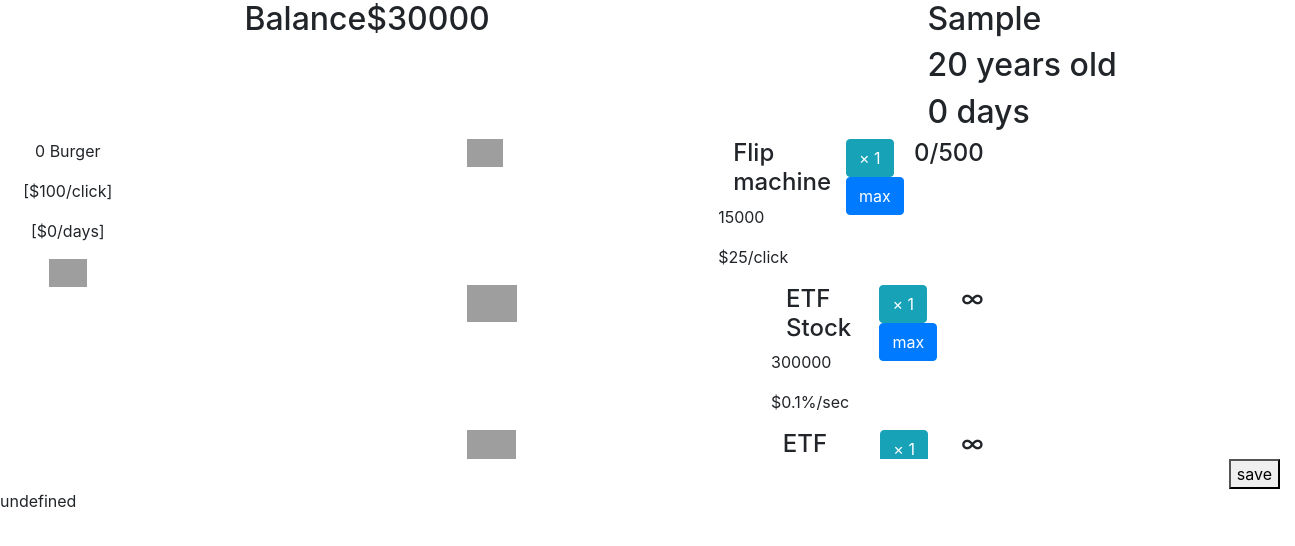
Repository: yu-yaba/Clicker-empire-game
Page: index.html
An editor plug-in stored every save of this project. The page is shown before and after the next save, followed by the edit.
The browser window is 1280 px wide. The page is 1295 px wide, then 1280 px, then 1295 px, so the pictures cover 1295 px, including what lies to the right of the window. The pictures show the whole page.
Empty fields were first filled with sample values (such as "Sample", 5 or name@example.com).
After loading, the first visible `button.btn` was clicked once.
Pictures or frames that could not be fetched are drawn as grey boxes.

Above is the page before, as saved 2023-01-23 20:11:27.

### index.html
<!DOCTYPE html>
<html lang="ja">
<head>
    <meta charset="UTF-8">
    <meta name="viewport" content="width=device-width, initial-scale=1.0">
    <link rel="stylesheet" href="stylesheet.css">
    <link rel="stylesheet" href="https://stackpath.bootstrapcdn.com/bootstrap/4.5.0/css/bootstrap.min.css" integrity="sha384-9aIt2nRpC12Uk9gS9baDl411NQApFmC26EwAOH8WgZl5MYYxFfc+NcPb1dKGj7Sk" crossorigin="anonymous">
    <title>Clicker Empire Game</title>
</head>
<body>
<div id="initial-form" class="">
    <div class="vh-100 bg-dark d-flex justify-content-center align-items-center">
        <div class="col-12 col-md-6 text-center">
            <div class="bg-white p-4">
                <h2>Clicker Empire Game</h2>
                <form onsubmit=" event.preventDefault();">
                    <div class="form-group">
                        <input type="text" name="name" class="form-controll col-11 my-3 text-center" placeholder="Your name" id="userName" required="required">
                    </div>
                    <div class="d-flex justify-content-around">
                        <button type="submit" class="btn btn-primary col-5" onclick="registerAccount()">New</button>
                        <button type="submit" class="btn btn-primary col-5" onclick="loginAccount()">Login</button>
                    </div>
                </form>
            </div>
        </div>
    </div>
</div>

<div id="main-page" class="d-none">
    <div class="vh-100 bg-dark justify-content-center align-items-center">
        <div class="col-12 col-md-11 justify-content-center container">
            <div class=>
                <div id="balance-info" class="col-12 col-md-7"></div>
                <div id="user-info" class="col-12 col-md-5 d-flex justify-content-center"></div>
            </div>
            <div class=>
                <div id="hamburger-info" class="col-12 col-md-4"></div>
                <div id="item-info" class="col-12 col-md-8"></div>
            </div>
            <div id="data-info" class="d-flex justify-content-end"></div>
        </div>
    </div>
</div>
<script type="text/javascript" src="text.js"></script>
</body>
</html>

### stylesheet.css
.img-fluid {
    max-width: 40%;
    height: auto;
}

.available {
    color: rgb(19, 203, 19);
}

.no-available {
    color: red;
}

### text.js
const config = {
    initialForm : document.getElementById("initial-form"),
    mainPage : document.getElementById("main-page"),
    balanceInfo : document.getElementById("balance-info"),
    hamburgerInfo : document.getElementById("hamburger-info"),
    userInfo : document.getElementById("user-info"),
    itemInfo : document.getElementById("item-info"),
    dataInfo : document.getElementById("data-info"),
    userName : document.getElementById("userName"),
};

function displayBlock (ele) {
    ele.classList.remove("d-none");
    ele.classList.add("d-block");
}

function displayNone (ele) {
    ele.classList.remove("d-block");
    ele.classList.add("d-none");
}
class UserAccount {
    constructor(name, age, days, money, profitPerClick, profitPerSeconds, belongings, hamburger){
        this.name = name;
        this.age = age;
        this.days = days;
        this.money = money;
        this.profitPerClick = profitPerClick;
        this.profitPerSeconds = profitPerSeconds;
        this.belongings = belongings;
        this.hamburger = hamburger;
    }

    increaseHamburgerPerClick () {
        return this.hamburger ++;
    }

    addClickProfit () {
        return this.money += this.profitPerClick;
    }

    addSecondsProfit () {
        return this.money += this.profitPerSeconds;
    }

    reduceBalance (price) {
        return this.money -= price;
    }

    increaseDay () {
        return this.days ++;
    }

    growOld () {
        return this.age ++;
    }

    addProfit (profit, type) {
        if (type == "ability") return this.profitPerClick += profit;
        else return this.profitPerSeconds += profit;
    }


};

class Item {
    constructor(name, price, purchaseLimit, purchaseQuantity, profit, type, imgUrl){
        this.name = name;
        this.price = price;
        this.purchaseLimit = purchaseLimit;
        this.purchaseQuantity = purchaseQuantity;
        this.profit = profit;
        this.type = type;
        this.imgUrl = imgUrl;
    }

    increasePurchaseQuantity (quantity) {
        this.purchaseQuantity += quantity;
    }

    increaseAssets (quantity) {
        if (this.name == "ETF Stock") {
            this.profit = (this.price * (this.purchaseQuantity + quantity)) * 0.001;
            this.price *= 1.1;
        } else if (this.name == "ETF Bonds") {
            this.profit = (this.price * (this.purchaseQuantity + quantity)) * 0.0007;
        }
        return quantity * this.profit;
    }
};

const itemList = [
    new Item("Flip machine", 15000, 500, 0, 25, "ability", "https://cdn-icons-png.flaticon.com/512/823/823215.png"),
    new Item("ETF Stock", 300000, Infinity, 0, 0.1, "investment", "https://cdn-icons-png.flaticon.com/512/4222/4222019.png"),
    new Item("ETF Bonds", 300000, Infinity, 0, 0.07, "investment", "https://cdn-icons-png.flaticon.com/512/2601/2601439.png"),
    new Item("Lemonade Stand", 30000, 1000, 0, 30, "realEstate", "https://cdn-icons-png.flaticon.com/512/941/941769.png"),
    new Item("Ice Cream Truck", 100000, 500, 0, 120, "realEstate", "https://cdn-icons-png.flaticon.com/512/3181/3181382.png"),
    new Item("House", 20000000, 100, 0, 32000, "realEstate", "https://cdn-icons-png.flaticon.com/512/619/619153.png"),
    new Item("TownHouse", 40000000, 100, 0, 64000, "realEstate", "https://cdn-icons-png.flaticon.com/512/2590/2590620.png"),
    new Item("Mansion", 250000000, 20, 0, 500000, "realEstate", "https://cdn-icons-png.flaticon.com/512/492/492058.png"),
    new Item("Industrial", 1000000000, 10, 0, 2200000, "realEstate", "https://cdn-icons-png.flaticon.com/512/1258/1258543.png"),
    new Item("Hotel Skyscraper", 10000000000, 5, 0, 25000000, "realEstate", "https://cdn-icons-png.flaticon.com/512/683/683255.png"),
    new Item("Bullet-Speed Sky Railway", 10000000000000, 1, 0, 30000000000, "realEstate", "https://cdn-icons-png.flaticon.com/512/3112/3112932.png")
]

function registerAccount () {
    if (config.userName.value === "yuya")  userData = new UserAccount(yuya, 20, 0, 10000000, 100000, 1000, itemList, 0);
    else if (config.userName.value == "") {
        return alert (`名前を入力して下さい`);
    }
    else userData = new UserAccount (config.userName.value, 20, 0, 30000, 100, 0, itemList, 0);

    displayNone(config.initialForm);
    displayBlock(config.mainPage);
    config.mainPage.innerHTML ="";
    config.mainPage.append(createMainPage(userData));
    return userData;
}

function loginAccount () {
    let saveData = localStorage.getItem(config.userName.value);
    saveData = JSON.parse(saveData);

    if (saveData == null) {alert("データが見つかりませんでした");
        return false;
    } else {
        let loginItems = [];
        for (let i = 0; i < saveData["belongings"].length; i++) {
            let eachItem = saveData["belongings"][i];
            loginItems.push(new Item(eachItem["name"], eachItem["imgUrl"], eachItem["any"], eachItem["profit"], eachItem["purchaseQuantity"], eachItem["purchaseLimit"], eachItem["type"]))
        }

        let userData = new UserAccount(saveData["name"], saveData["age"], saveData["days"], saveData["money"], saveData["profitPerClick"], saveData["profitPerSeconds"], loginItems, saveData["hamburger"]);

    config.mainPage.innerHTML = "";
    displayNone(config.initialForm);
    displayBlock(config.mainPage);
    config.mainPage.append(createMainPage(userData))
    return userData;
    }
}


function createBalanceInfo (userData) {
    let balanceInfoCon = document.createElement("div");
    balanceInfoCon.classList.add("d-flex" ,"justify-content-center");
    balanceInfoCon.innerHTML =`
    <h2>Balance </h2>
    <h2> $${userData.money}</h2>
    `
    return balanceInfoCon;
}

function createUserInfo (userData) {
    let userInfoCon = document.createElement("div");
    userInfoCon.classList.add("d-flex", "flex-wrap");
    userInfoCon.innerHTML = `
    <div>
        <h2>${userData.name}</h2>
        <h2>${userData.age} years old</h2>
        <h2>${userData.days} days</h2>
    </div>
    `
    return userInfoCon;
}

function createHamburger (userData) {
    let hamburgerCon = document.createElement("div");
    hamburgerCon.classList.add("col-12", "col-md-4", "text-center");
    hamburgerCon.innerHTML = `
    <div class="p-0">
        <p>${userData.hamburger} Burger</p>
        <p>$${userData.profitPerClick}/click</p>
        <p>$${userData.profitPerSeconds}/days</p>
    </div>
    <div class="container-fluid">
        <img alt="" src='https://icons.veryicon.com/png/o/food--drinks/flat-color-restaurant-icon/hamburger-8.png' class="hamburger-btn w-50 w-lg-100">
    </div>
    `

    hamburgerCon.querySelector(".hamburger-btn").addEventListener("click", function () {
        hamburgerCon.querySelectorAll("p")[0].innerHTML = `${userData.increaseHamburgerPerClick()} Burgers`;
        config.balanceInfo.querySelectorAll("h2")[1].innerHTML =` $${parseInt(userData.addClickProfit())}`;
    })
    return hamburgerCon;
}


function createItemList (userData, itemList) {
    let itemCon = document.createElement("div");
    itemCon.classList.add("col-12", "col-md-8");
    itemCon.innerHTML = `
    <div style="overflow: auto; height: 20em;" >
        <div id="itemList">
        </div>
    </div>
    `

    let eachItemCon = document.createElement("div");
    for (let i = 0; i < itemList.length; i++) {
        eachItemCon.innerHTML += `
        <div class="d-flex">
            <div>
                <img alt="" src="${itemList[i].imgUrl}" class="col-2 col-md-3" >
            </div>
            <div>
                <h4 class="col-1">${itemList[i].name}</h4>
                <p class="updatePrice">${itemList[i].price}</p>
                <p>$${renderProfit(itemList[i])}</p>
            </div>
            <div>
                <button class="btn btn-info purchase-btn">× 1</button>
                <button class="btn btn-primary max-btn">max</button>
            </div>
            <div>
                <h4 class="possession">${renderNumOfPossession(itemList[i])}</h4>
            </div>
        </div>
        `
    }
    for (let i = 0; i < itemList.length; i++) {
    let purchaseBtn = eachItemCon.querySelectorAll(".purchase-btn")[i];
    purchaseBtn.addEventListener("click", function () {
        if (parseInt(itemList[i].price) > parseInt(userData.money)) {
            return alert("お金が足りません");
        } else if (itemList[i].purchaseLimit == itemList[i].purchaseQuantity) {
            return alert("これ以上購入できません");
        } else {
            userData.reduceBalance(itemList[i].price);
            userData.addProfit(itemList[i].increaseAssets(1), itemList[i].type);
            return itemList[i].increasePurchaseQuantity(1);
        }
    })

    let maxBtn = eachItemCon.querySelectorAll(".max-btn")[i];
    maxBtn.addEventListener("click", function () {
    let totalAmount = Math.floor(userData.money / itemList[i].price);
    let total = totalAmount * itemList[i].price;
        if (total > parseInt(userData.money)) {
            return alert("お金が足りません");
        } else if (itemList[i].purchaseLimit == itemList[i].purchaseQuantity) {
            return alert("これ以上購入できません");
        } else {
            userData.reduceBalance(total);
            userData.addProfit(itemList[i].increaseAssets(parseInt(totalAmount)), itemList[i].type);
            return itemList[i].increasePurchaseQuantity(totalAmount);
        }
    })

    setInterval (function() {
        eachItemCon.querySelectorAll(".possession")[i].innerHTML = renderNumOfPossession(itemList[i]);
        if(itemList[i].name == "ETF Stock") eachItemCon.querySelectorAll(".updatePrice").innerHTML = `$${parseInt(itemList[i].price)}`
        if(itemList[i].purchaseQuantity == itemList[i].purchaseLimit) {
            AvailabilityPurchase(eachItemCon.querySelectorAll(".possession")[i], false);
        }
    }, 1000);
    }

    itemCon.querySelector("#itemList").append(eachItemCon);
    return itemCon;
}



function createData (userData) {
    let dataCon = document.createElement("div");
    dataCon.classList.add("d-flex", "justify-content-end");
    dataCon.innerHTML = `
    <button class="save-btn">save</button>
    `

    dataCon.querySelector(".save-btn").addEventListener("click", function () {
        let saveData = userData.name;
        userData = JSON.stringify(userData);
        localStorage.setItem(saveData, userData);
        alert("データを保存しました。");
    })
    return dataCon;
}


function startInterval (userData) {
    let processPerSeconds = setInterval(function () {
        config.hamburgerInfo.querySelectorAll("p").item(1).innerHTML = `[$${userData.profitPerClick}/click]`;
        config.hamburgerInfo.querySelectorAll("p").item(2).innerHTML = `[$${parseInt(userData.profitPerSeconds)}/days]`;

        config.userInfo.querySelectorAll("h2")[2].innerHTML = `${userData.increaseDay()} days`;
        config.balanceInfo.querySelectorAll("h2")[1].innerHTML = ` $${parseInt(userData.addSecondsProfit())}`;

        if (userData.days == 365) {
            userData.days = 1;
            userData.growOld();
            config.userInfo.querySelectorAll("h2")[2].innerHTML =`${userData.age} years old`
        }
    }, 1000);
}

function createMainPage (userData) {
    config.balanceInfo.append(createBalanceInfo(userData));
    config.userInfo.append(createUserInfo(userData));
    let headerCon = document.createElement("div");
    headerCon.classList.add("row");
    headerCon.append(config.balanceInfo, config.userInfo);

    config.hamburgerInfo.append(createHamburger(userData));
    config.itemInfo.append(createItemList(userData, itemList));
    let bodyCon = document.createElement("div");
    bodyCon.classList.add("row", "justify-content-center");
    bodyCon.append(config.hamburgerInfo, config.itemInfo);

    config.dataInfo.append(createData(userData));
    startInterval(userData);
    config.mainPage.append(headerCon, bodyCon, config.dataInfo)
}



function renderProfit (item) {
    if (item.type == "ability") return `${item.profit}/click`;
    else if (item.name == "ETF Stock") return "0.1%/sec";
    else if (item.name == "ETF Bonds") return "0.07%/sec";
    else return `${item.profit}/sec`;
}

function renderNumOfPossession (item) {
    if (item.type == "investment") return "∞";
    else return item.purchaseQuantity + "/" + item.purchaseLimit;
}

function AvailabilityPurchase(ele, bool) {
    if(bool == true) {
        ele.classList.remove("no-available");
        ele.classList.remove("text-dark")
        ele.classList.add("available");
    } else {
        ele.classList.remove("no-available");
        ele.classList.add("available");
    }
}

After the next save:
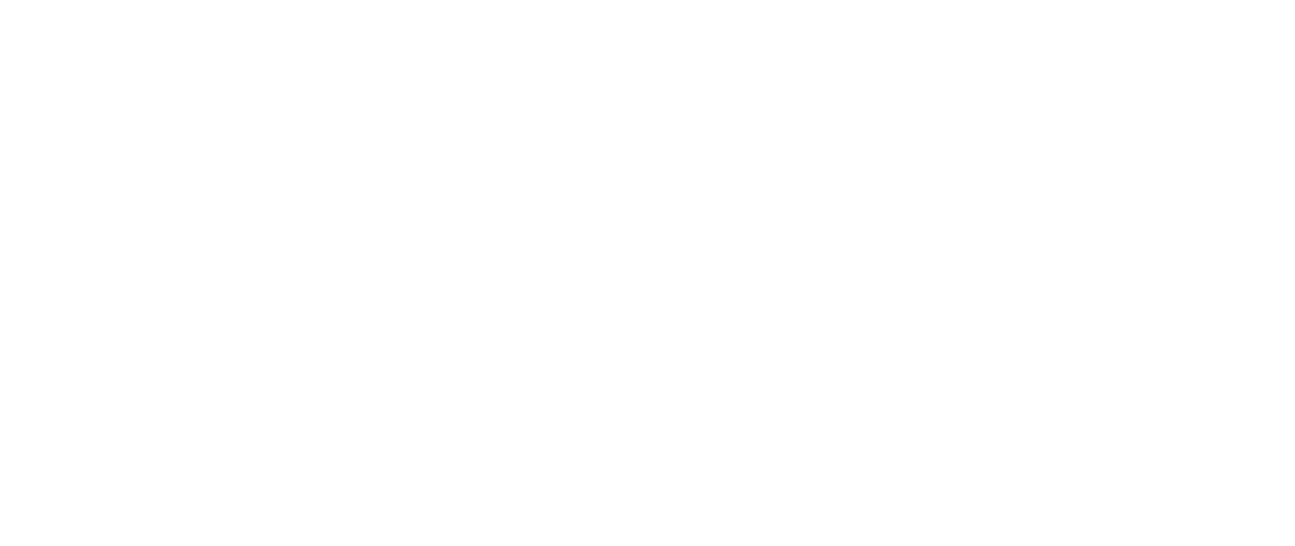
Console error: ReferenceError: userData is not defined
Saved 5 s later.
--- a/text.js
+++ b/text.js
@@ -107,7 +107,7 @@
     else if (config.userName.value == "") {
         return alert (`名前を入力して下さい`);
     }
-    else userData = new UserAccount (config.userName.value, 20, 0, 30000, 100, 0, itemList, 0);
+    else new UserAccount (config.userName.value, 20, 0, 30000, 100, 0, itemList, 0);
 
     displayNone(config.initialForm);
     displayBlock(config.mainPage);

After the 3 saves that followed:
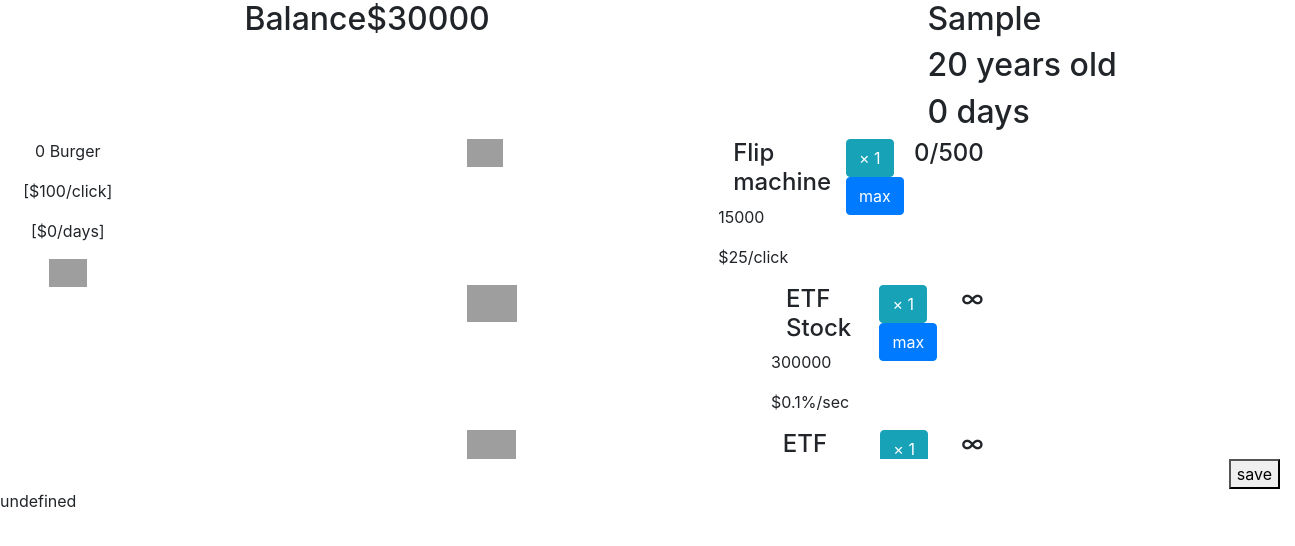
The error is gone.
The 3 saves are shown as one change because 1 left the picture as it was and some came seconds apart.
The last was saved 29 s later.
--- a/text.js
+++ b/text.js
@@ -103,11 +103,12 @@
 ]
 
 function registerAccount () {
+    let userData;
     if (config.userName.value === "yuya")  userData = new UserAccount(yuya, 20, 0, 10000000, 100000, 1000, itemList, 0);
     else if (config.userName.value == "") {
         return alert (`名前を入力して下さい`);
     }
-    else new UserAccount (config.userName.value, 20, 0, 30000, 100, 0, itemList, 0);
+    else userData = new UserAccount (config.userName.value, 20, 0, 30000, 100, 0, itemList, 0);
 
     displayNone(config.initialForm);
     displayBlock(config.mainPage);
